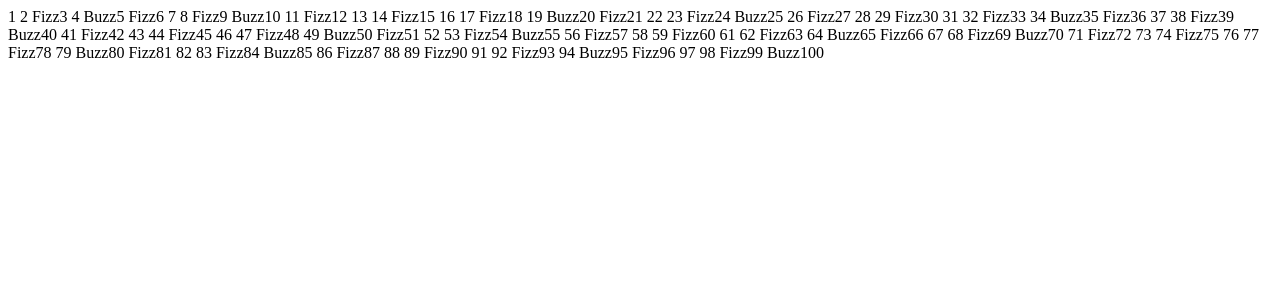
Repository: kaho2580/test
Page: http://localhost/FizzBuzz.php
The author's editor kept a record of every edit. The page is drawn from the files as they stood at one moment, then again after the next edit.
The browser window is 1280 px wide. The pictures show the whole page.
The page is run by PHP 8.4 with error messages shown; the project is at /var/www/html/.

Above is the page before.

After the next edit:
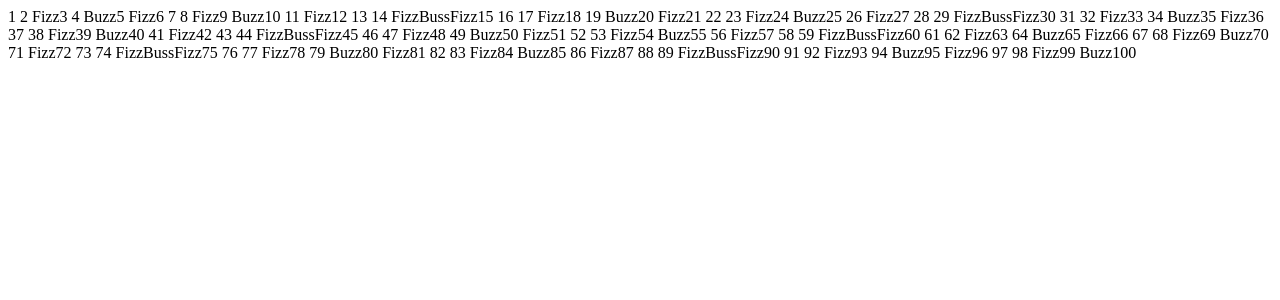
The edit:
--- a/FizzBuzz.php
+++ b/FizzBuzz.php
@@ -1,6 +1,9 @@
 <?php
 
 for($i=1;$i<=100;$i++){
+    if($i%15===0){
+        echo "FizzBuss";
+    }
     if($i%3==0){
         echo "Fizz";
     }elseif($i%5===0){
